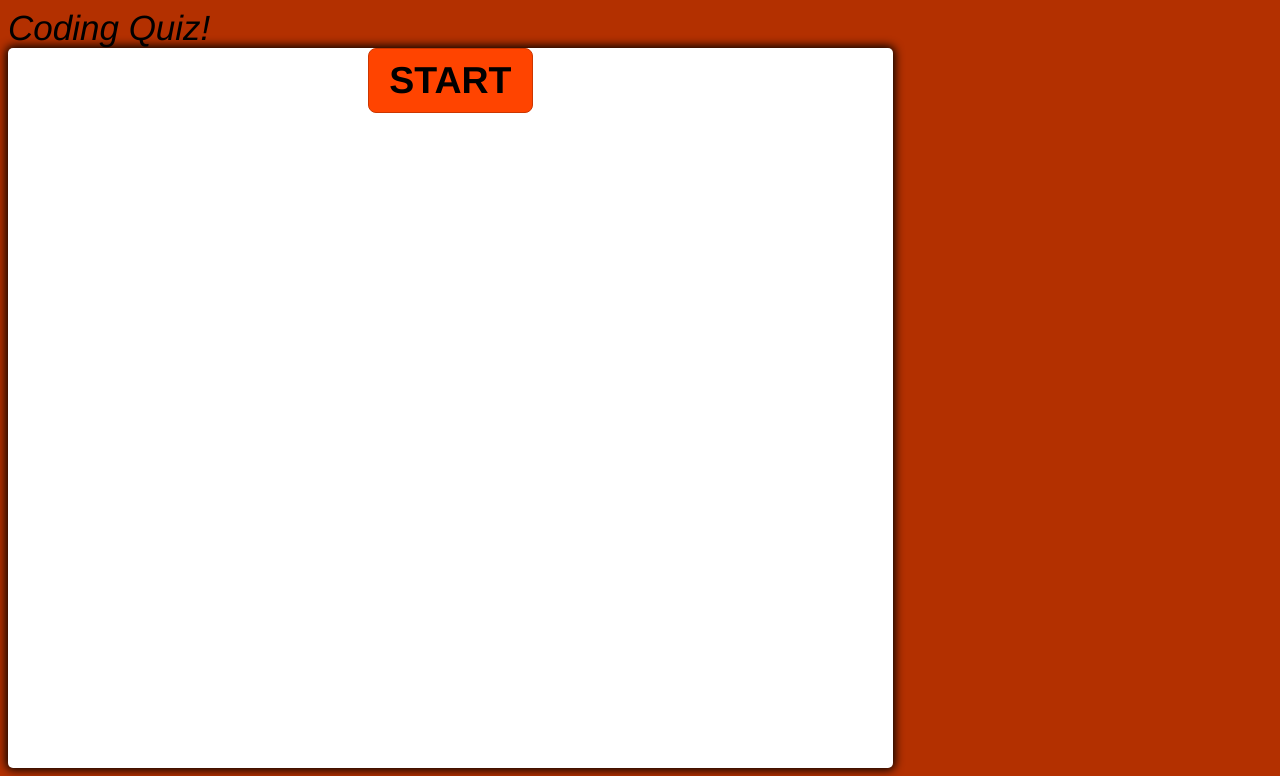
Repository: Vshepard879/Code-Quiz
Page: index.html
An editor plug-in stored every save of this project. The page is shown before and after the next save, followed by the edit.
The browser window is 1280 px wide. The pictures show the whole page.

Above is the page before, as saved 2022-03-18 19:20:57.

### index.html
<!DOCTYPE html>
<html lang="en">
<head>
    <meta charset="UTF-8">
    <meta http-equiv="X-UA-Compatible" content="IE=edge">
    <meta name="viewport" content="width=device-width, initial-scale=1.0">
    <link href="./assets/css/style.css" link rel="stylesheet">
    <script defer src="./assets/js/script.js"></script>
    <title>Quiz App</title>
</head>

<body>
    <header>Coding Quiz!</header>
<!-- Timer-->
    <div style="font-weight: bold;" id="quiz-time-left"></div>

    <!--Start Quiz Container-->
    <div class="container">
        <div id="question-container" class="hide">
                <div id="question">Question</div>
                <div id="answer-buttons" class="btn-grid">
                <button class="btn">Answer 1</button>
                <button class="btn">Answer 2</button>
                <button class="btn">Answer 3</button>
                <button class="btn">Answer 4</button>
            </div>
        </div>
        <div class="controls counts">
            <button id="start-btn" class="start-btn btn">START</button>
            <button id="next-btn" class="next-btn btn hide">Next</button>
        </div>

    </div>
</body>
</html>

### assets/css/style.css
*, *::before, *::after {
    box-sizing: border-box;
    font-family: 'Franklin Gothic Medium', 'Arial Narrow', Arial, sans-serif;
    font-size: 25px;
}

:root {
    --hue-neutral: 16;
    --hue-wrong: 0;
    --hue-correct: 145;
}

header {
    font-style: italic;
    font-size: 35px;
}
body{
    --hue: var(--hue-neutral);
    background-color:hsl(var(--hue), 100%, 35%);
}

.quiz-time-left {
    color: black;
    display: flexbox;
    flex-direction: row;
    background-color: aliceblue;
}




.container {
    width: 800px;
    max-width: 70%;
    background-color: white;
    border-radius: 5px;
    padding: 10px;
    box-shadow: 0 0 10px 2px;
    padding: 0;
    margin: 0;
    display: flexbox;
    flex-direction:row;
    width: 100vw;
    height: 100vh;
    justify-content:center;
    align-items:center;
}

.btn-grid {
    display: grid;
    grid-template-columns: repeat(2, auto);
    gap: 15px;
    margin: 20px 0;
}


.btn {
    --hue: var(--hue-neutral);
    border: 1px solid hsl(var(--hue),100%, 40%);
    background-color: hsl(var(--hue), 100%, 50%);
    border-radius: 8px;
    padding: 5px 10px;
    color: black;
    outline: none;
}

.btn:hover {
    border-color: black;
}

.btn.correct {
    --hue: var(--hue-correct)
}

.btn.wrong {
    --hue: var(--hue-wrong)
}

.start-btn, .next-btn {
    font-size: 1.5rem;
    font-weight: bold;
    padding: 10px 20px;
}

.controls {
    display: flex;
    justify-content: center;
    align-items: center;
    gap: 5px;
}

.hide {
    display: none;
}

### assets/js/script.js
const startButton = document.getElementById('start-btn')
const nextButton = document.getElementById('next-btn')
const questionContainerElement = document.getElementById('question-container')
const questionElement = document.getElementById( 'question')
const answerButtonsElement = document.getElementById('answer-buttons')
let shuffledQuestions, currentQuestionIndex

startButton.addEventListener('click', startQuiz)
nextButton.addEventListener('click', () => {
    currentQuestionIndex++
    setNextQuestion()
})
// function that starts the Quiz

function startQuiz() {
startButton.classList.add('hide')
 shuffledQuestions = questions.sort(() => Math.random() - .5)
currentQuestionIndex = 0
questionContainerElement.classList.remove('hide')
setNextQuestion()
}
// Timer Function
var total_seconds =60*2;
var c_minutes = parseInt(total_seconds/60)
var c_seconds = parseInt(total_seconds%60);
function checkTIme(){
    document.getElementById("quiz-time-left").innerHTML
    = 'Time Left: ' + c_minutes + 'minutes ' + c_seconds + ' seconds' ;
    if (total_seconds <=0) {
        setTimeout( 'document.quiz.submit()',1);
    } else{
        total_seconds = total_seconds -1;
        c_minutes = parseInt(total_seconds/60);
        c_seconds = parseInt(total_seconds%60);
        setTimeout("CheckTime()",1000);
    }
}
// setTimeout("CheckTime()",1000);

function setNextQuestion() {
    resetState()
    showQuestion(shuffledQuestions[currentQuestionIndex])
    }
function showQuestion(question) {
    questionElement.innerText =question.question
    question.answers.forEach(answer => {
        const button = document.createElement('button')
        button.innerText = answer.text
        button.classList.add('btn')
      if   (answer.correct) {
          button.dataset.correct = answer.correct
      }
      button.addEventListener('click', selectAnswer)
      answerButtonsElement.appendChild(button)
    })
}
// this function is used to reset each question
function resetState() {
    nextButton.classList.add('hide')
    while (answerButtonsElement.firstChild) {
        answerButtonsElement.removeChild
        (answerButtonsElement.firstChild)
    }
}
function selectAnswer(v) {
const selectedButton = v.target
const correct =selectedButton.dataset.correct
setStatusClass(document.body, correct)
Array.from(answerButtonsElement.children).forEach(button => {
    setStatusClass(button, button.dataset.correct)
})
if (shuffledQuestions.length > currentQuestionIndex +1) {
    nextButton.classList.remove('hide')
} else {
    startButton.innerText = 'Restart'
    startButton.classList.remove('hide')
}
nextButton.classList.remove('hide')
}

function setStatusClass(element, correct) {
    clearStatusClass(element)
    if (correct) {
        element.classList.add('correct')
    } else {
        element.classList.add('wrong')
    }

    function clearStatusClass(element) {
        element.classList.remove('correct')
        element.classList.remove('wrong')
    }

}
// the arrays of questions and answers
const questions = [
    {
        question: 'Which of these is not one of the 3 Initial coding languages?',
        answers: [
            { text:'Python', correct: true},
            { text:'HTML', correct: false},
            { text:'CSS', correct: false},
            { text:'JavaScript', correct: false},
        ]
    },
    {
        question: 'What does the C in CSS stand for?',
        answers: [
            { text:'Chocolate', correct: false},
            { text:'Corporate', correct: false},
            { text:'Cascading', correct: true},
            { text:'Computer', correct: false},
        ]
    },
    {
        question: 'Arrays in Javascript can be used to store?',
        answers: [
            { text:'Numbers and Strings', correct: false},
            { text:'Booleans', correct: false},
            { text:'Other Arrays', correct: false},
            { text:'All of the above', correct: true},
        ]
    },
    {
        question: 'The condition in an if/else statement are store in?',
        answers: [
            { text:'Parenthesis', correct: true},
            { text:'curly brackets', correct: false},
            { text:'brackets', correct: false},
            { text:'commas', correct: false},
        ]},
        {
            question: 'A very useful tool during the development and debugging stage used to print to the debugger is?',
            answers: [
                { text:'Array', correct: false},
                { text:'.dataset', correct: false},
                { text:'console.log', correct: true},
                { text:'=>', correct: false},
            ]},
            {
                question: 'Commonly used data types do not include?',
                answers: [
                    { text:'Booleans', correct: false},
                    { text:'Strings', correct: false},
                    { text:'Numbers', correct: false},
                    { text:'Alerts', correct: true},
                ]},
            ]

After the next save:
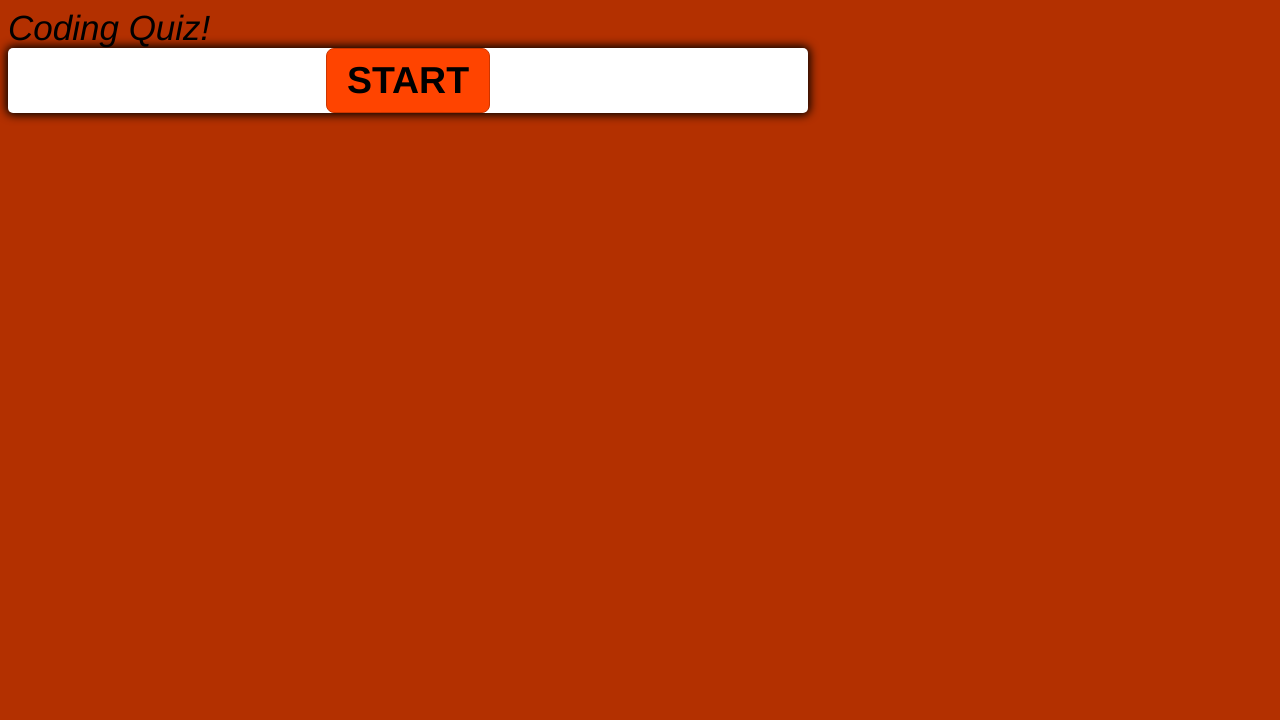
Saved 11 s later.
--- a/assets/css/style.css
+++ b/assets/css/style.css
@@ -40,8 +40,6 @@ body{
     margin: 0;
     display: flexbox;
     flex-direction:row;
-    width: 100vw;
-    height: 100vh;
     justify-content:center;
     align-items:center;
 }
